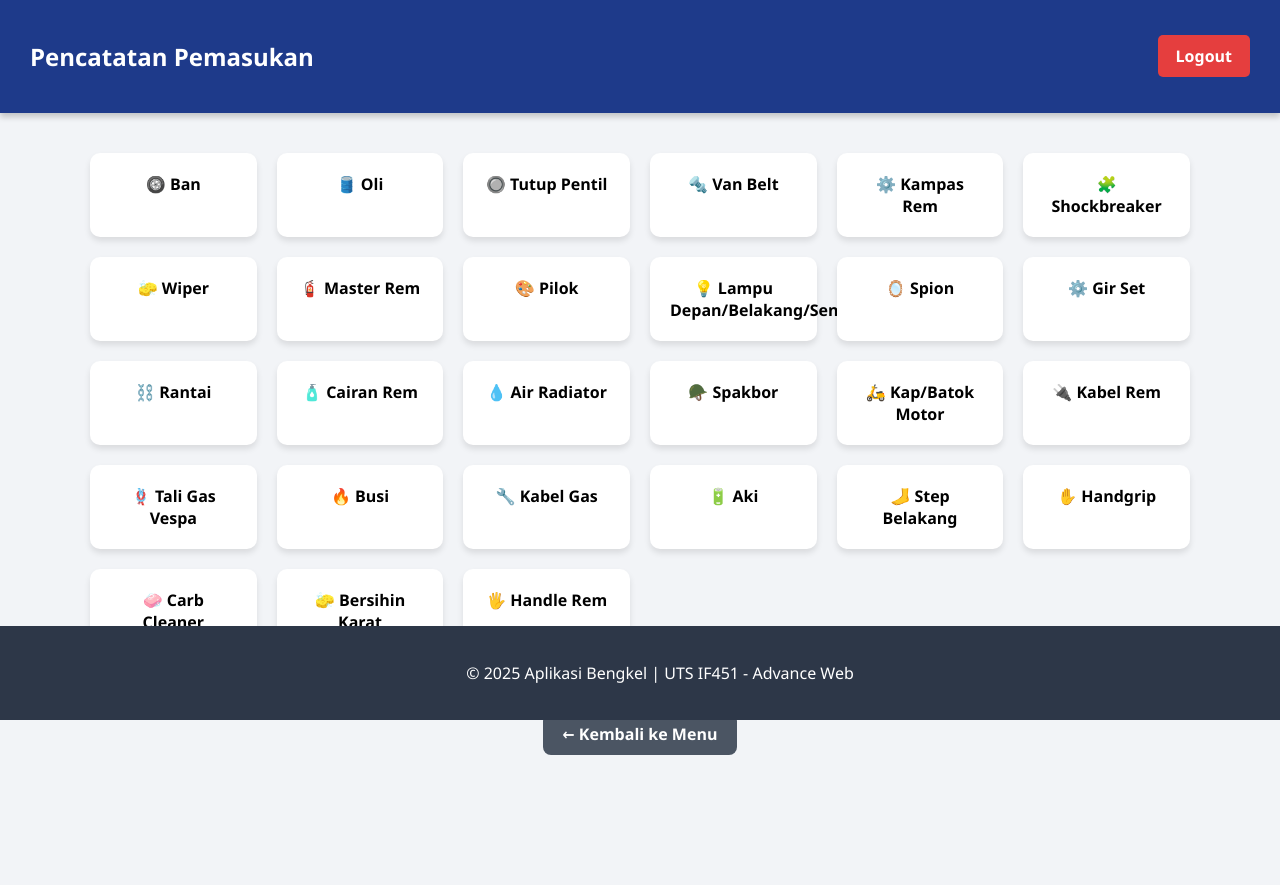
Repository: eligrahphilip/bengkel_managemen
Page: views/admin-income.ejs
These files come from the project's save history. The page is drawn as it stood at one moment and after the next save; the edit follows.
The browser window is 1280 px wide. The pictures show the whole page.
The page is served by the project's Node server (server.js). The template is opened directly, without the code that normally fills it, so the values that code supplies are empty.

Above is the page before, as saved 2025-10-10 22:22:42.

After the next save:
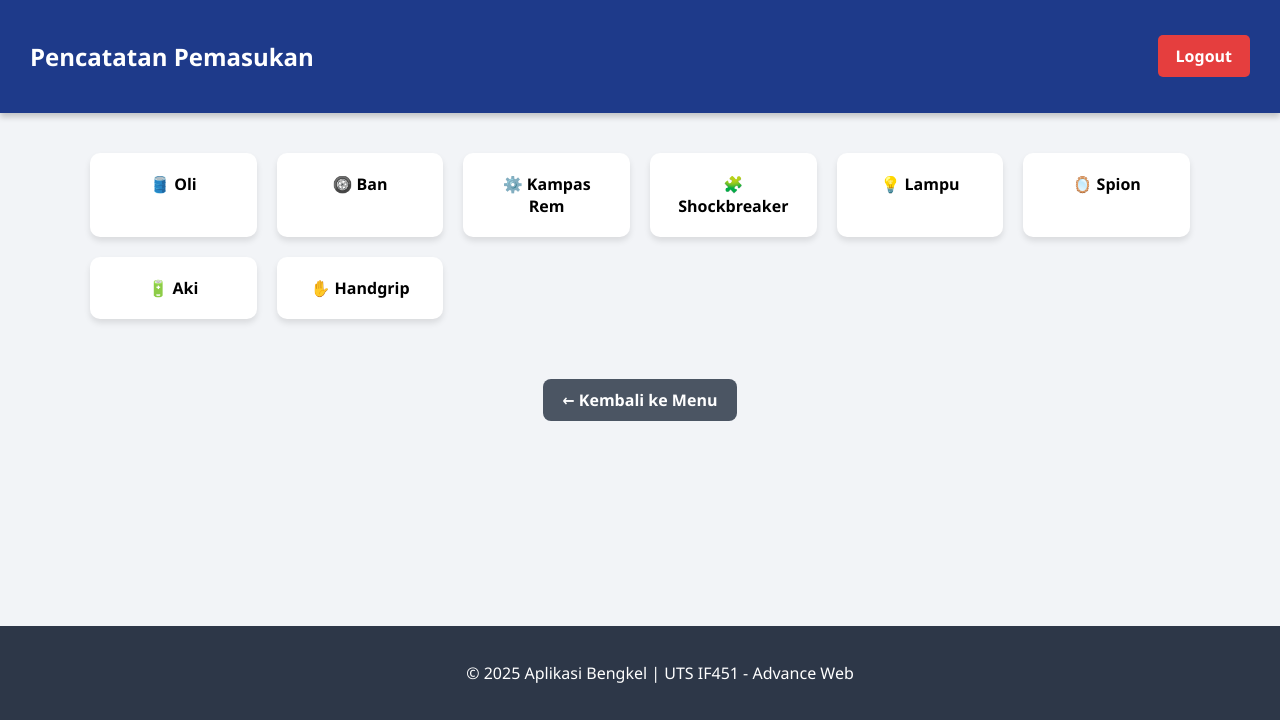
Saved 102 s later.
--- a/views/admin-income.ejs
+++ b/views/admin-income.ejs
@@ -16,33 +16,14 @@
   <main>
     <div class="grid-container" id="barangGrid">
       <!-- Semua daftar barang -->
+      <div class="card" data-barang="Oli">🛢️ Oli</div>
       <div class="card" data-barang="Ban">🛞 Ban</div>
-      <div class="card" data-barang="Oli">🛢️ Oli</div>
-      <div class="card" data-barang="Tutup Pentil">🔘 Tutup Pentil</div>
-      <div class="card" data-barang="Van Belt">🔩 Van Belt</div>
       <div class="card" data-barang="Kampas Rem">⚙️ Kampas Rem</div>
       <div class="card" data-barang="Shockbreaker">🧩 Shockbreaker</div>
-      <div class="card" data-barang="Wiper">🧽 Wiper</div>
-      <div class="card" data-barang="Master Rem">🧯 Master Rem</div>
-      <div class="card" data-barang="Pilok">🎨 Pilok</div>
-      <div class="card" data-barang="Lampu">💡 Lampu Depan/Belakang/Sen</div>
+      <div class="card" data-barang="Lampu">💡 Lampu</div>
       <div class="card" data-barang="Spion">🪞 Spion</div>
-      <div class="card" data-barang="Gir Set">⚙️ Gir Set</div>
-      <div class="card" data-barang="Rantai">⛓️ Rantai</div>
-      <div class="card" data-barang="Cairan Rem">🧴 Cairan Rem</div>
-      <div class="card" data-barang="Air Radiator">💧 Air Radiator</div>
-      <div class="card" data-barang="Spakbor">🪖 Spakbor</div>
-      <div class="card" data-barang="Kap Motor">🛵 Kap/Batok Motor</div>
-      <div class="card" data-barang="Kabel Rem">🔌 Kabel Rem</div>
-      <div class="card" data-barang="Tali Gas Vespa">🪢 Tali Gas Vespa</div>
-      <div class="card" data-barang="Busi">🔥 Busi</div>
-      <div class="card" data-barang="Kabel Gas">🔧 Kabel Gas</div>
       <div class="card" data-barang="Aki">🔋 Aki</div>
-      <div class="card" data-barang="Step Belakang">🦶 Step Belakang</div>
       <div class="card" data-barang="Handgrip">✋ Handgrip</div>
-      <div class="card" data-barang="Carb Cleaner">🧼 Carb Cleaner</div>
-      <div class="card" data-barang="Bersihin Karat">🧽 Bersihin Karat</div>
-      <div class="card" data-barang="Handle Rem">🖐️ Handle Rem</div>
     </div>
   </main>
 
@@ -60,26 +41,19 @@
 
         <div id="detailFields"></div>
 
-        <label>Jumlah Barang:</label>
-        <input type="number" name="jumlah_barang" required>
-
-        <label>Total Harga (Rp):</label>
-        <input type="number" name="jumlah" required>
-
         <button type="submit">Simpan</button>
       </form>
     </div>
   </div>
 
   <div class="exit-container">
-  <a href="/admin/menu" class="exit-btn">← Kembali ke Menu</a>
-</div>
+    <a href="/admin/menu" class="exit-btn">← Kembali ke Menu</a>
+  </div>
 
   <footer>
     <p>© 2025 Aplikasi Bengkel | UTS IF451 - Advance Web</p>
   </footer>
 
-
   <script src="/js/admin/admin-income.js"></script>
 </body>
 </html>

After the save that followed:
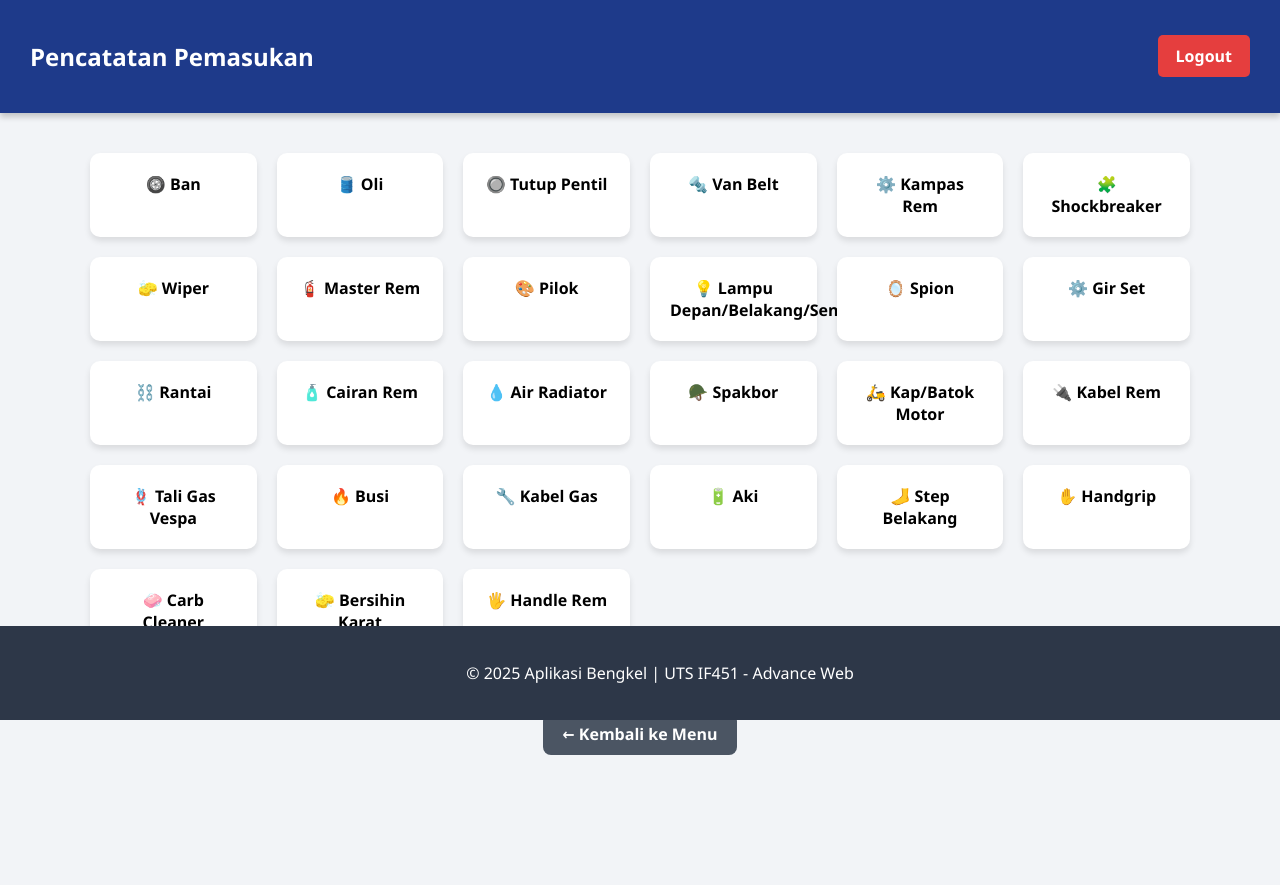
Saved 2 min 36 s later.
--- a/views/admin-income.ejs
+++ b/views/admin-income.ejs
@@ -15,15 +15,33 @@
 
   <main>
     <div class="grid-container" id="barangGrid">
-      <!-- Semua daftar barang -->
+      <div class="card" data-barang="Ban">🛞 Ban</div>
       <div class="card" data-barang="Oli">🛢️ Oli</div>
-      <div class="card" data-barang="Ban">🛞 Ban</div>
+      <div class="card" data-barang="Tutup Pentil">🔘 Tutup Pentil</div>
+      <div class="card" data-barang="Van Belt">🔩 Van Belt</div>
       <div class="card" data-barang="Kampas Rem">⚙️ Kampas Rem</div>
       <div class="card" data-barang="Shockbreaker">🧩 Shockbreaker</div>
-      <div class="card" data-barang="Lampu">💡 Lampu</div>
+      <div class="card" data-barang="Wiper">🧽 Wiper</div>
+      <div class="card" data-barang="Master Rem">🧯 Master Rem</div>
+      <div class="card" data-barang="Pilok">🎨 Pilok</div>
+      <div class="card" data-barang="Lampu">💡 Lampu Depan/Belakang/Sen</div>
       <div class="card" data-barang="Spion">🪞 Spion</div>
+      <div class="card" data-barang="Gir Set">⚙️ Gir Set</div>
+      <div class="card" data-barang="Rantai">⛓️ Rantai</div>
+      <div class="card" data-barang="Cairan Rem">🧴 Cairan Rem</div>
+      <div class="card" data-barang="Air Radiator">💧 Air Radiator</div>
+      <div class="card" data-barang="Spakbor">🪖 Spakbor</div>
+      <div class="card" data-barang="Kap Motor">🛵 Kap/Batok Motor</div>
+      <div class="card" data-barang="Kabel Rem">🔌 Kabel Rem</div>
+      <div class="card" data-barang="Tali Gas Vespa">🪢 Tali Gas Vespa</div>
+      <div class="card" data-barang="Busi">🔥 Busi</div>
+      <div class="card" data-barang="Kabel Gas">🔧 Kabel Gas</div>
       <div class="card" data-barang="Aki">🔋 Aki</div>
+      <div class="card" data-barang="Step Belakang">🦶 Step Belakang</div>
       <div class="card" data-barang="Handgrip">✋ Handgrip</div>
+      <div class="card" data-barang="Carb Cleaner">🧼 Carb Cleaner</div>
+      <div class="card" data-barang="Bersihin Karat">🧽 Bersihin Karat</div>
+      <div class="card" data-barang="Handle Rem">🖐️ Handle Rem</div>
     </div>
   </main>
 
